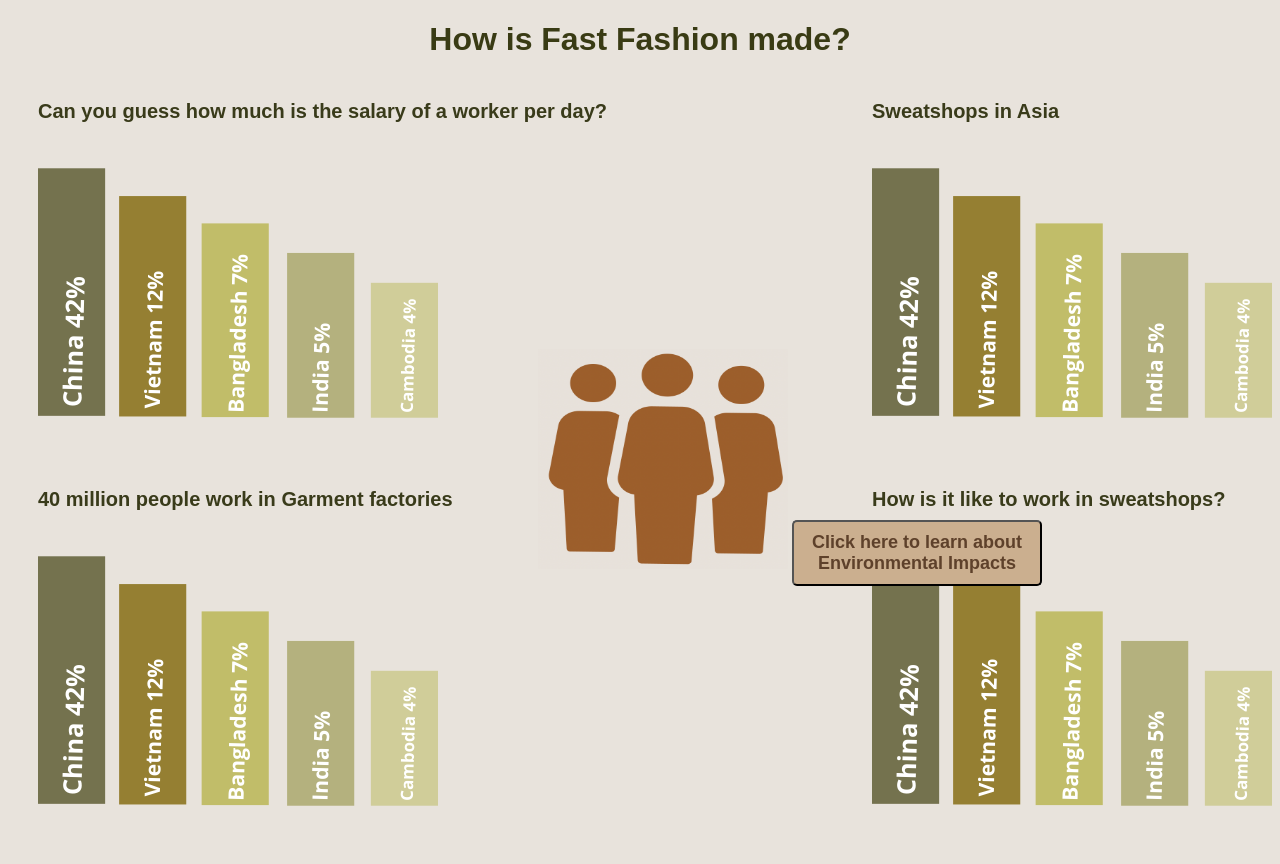
Repository: DevOfHockey/mdia-2190-midterm
Page: fashionlabor.html
The author's editor kept a copy of each file at every save. The page is drawn from the files as they stood at one save, then again after the next save.
The browser window is 1280 px wide. The pictures show the whole page.

Above is the page before, as saved 2022-03-04 09:49:20.
Console error: TypeError: Cannot set properties of null (setting 'src')

After the next save:
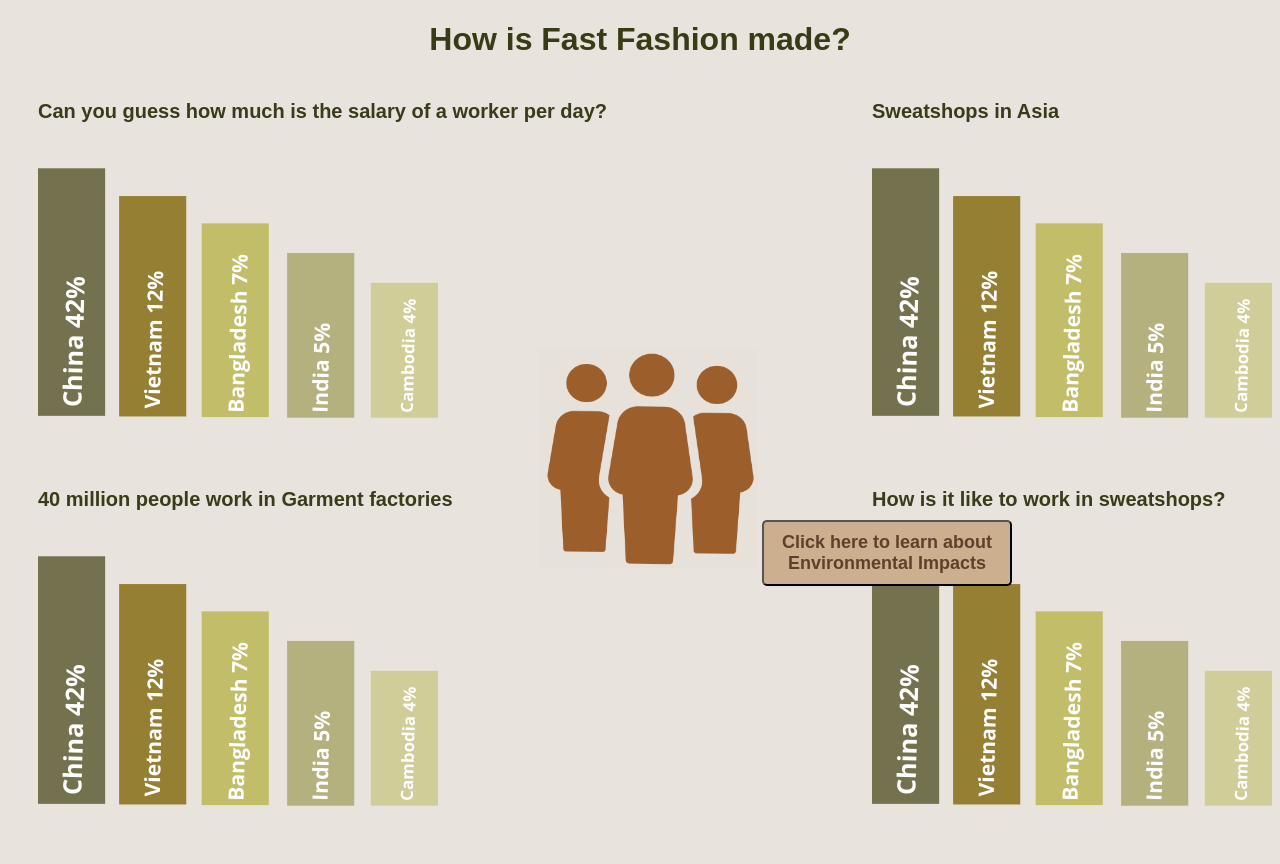
Saved 9 s later.
--- a/fashionlabor.html
+++ b/fashionlabor.html
@@ -34,7 +34,7 @@
       </div>
 
       <div class="environment">
-        <img src="/imgs/human.png" width="250" height="220">
+        <img src="/imgs/human.png" width="220" height="220">
         <button>Click here to learn about Environmental Impacts</button>
       </div>
 
